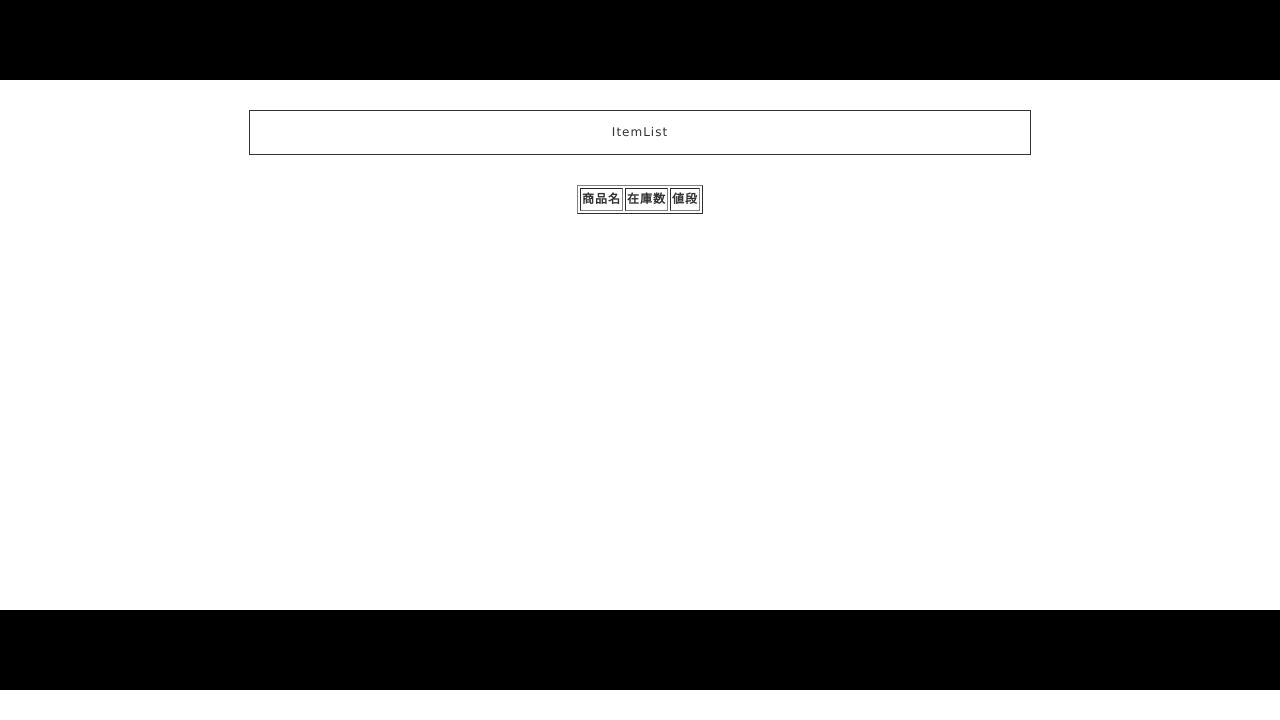
Repository: user-yo-yo/test
Page: http://localhost/ecsite/itemList.jsp
These files come from the project's save history. The page is drawn as it stood at one moment and after the next save; the edit follows.
The browser window is 1280 px wide. The pictures show the whole page.
The page is served by Tomcat 9.

Above is the page before, as saved 2019-03-14 06:35:17.

After the next save:
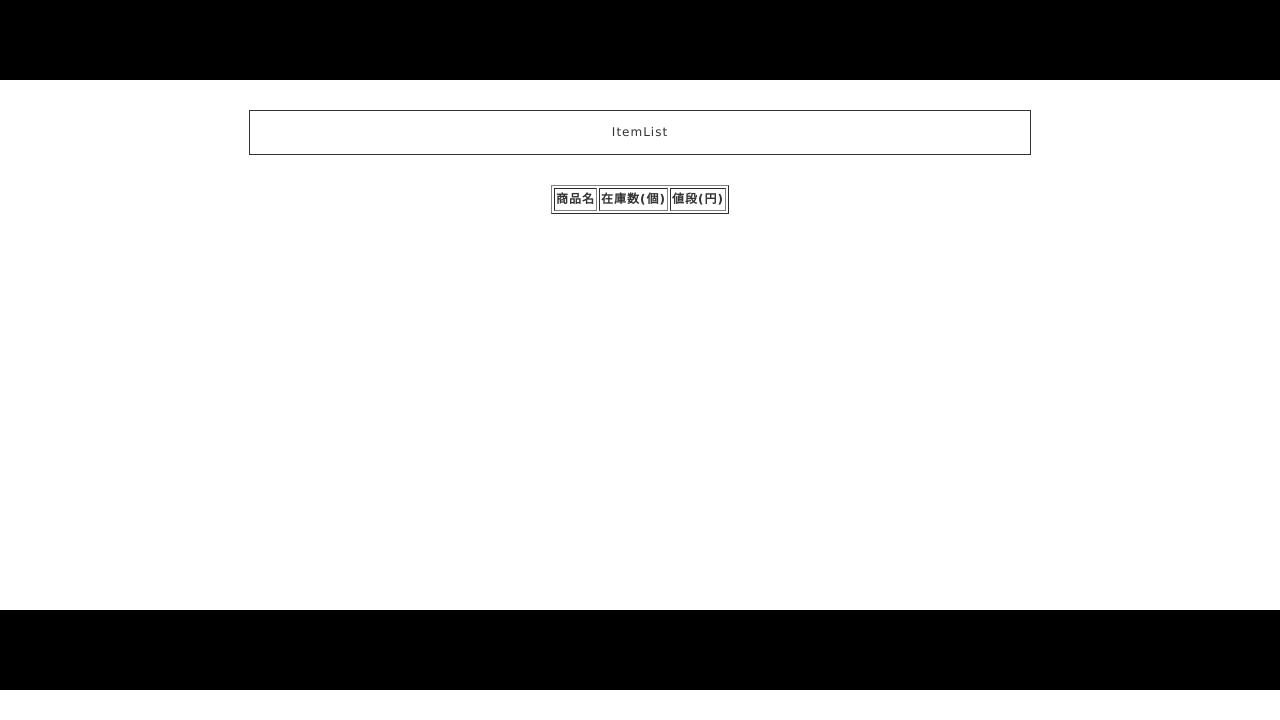
Saved 19 s later.
--- a/ecsite/WebContent/itemList.jsp
+++ b/ecsite/WebContent/itemList.jsp
@@ -78,8 +78,8 @@
 			<table border="1">
 				<tr>
 					<th>商品名</th>
-					<th>在庫数</th>
-					<th>値段</th>
+					<th>在庫数(個)</th>
+					<th>値段(円)</th>
 				</tr>
 				<s:iterator value="#session.itemListDTOList">
 					<tr>

After the 2 saves that followed:
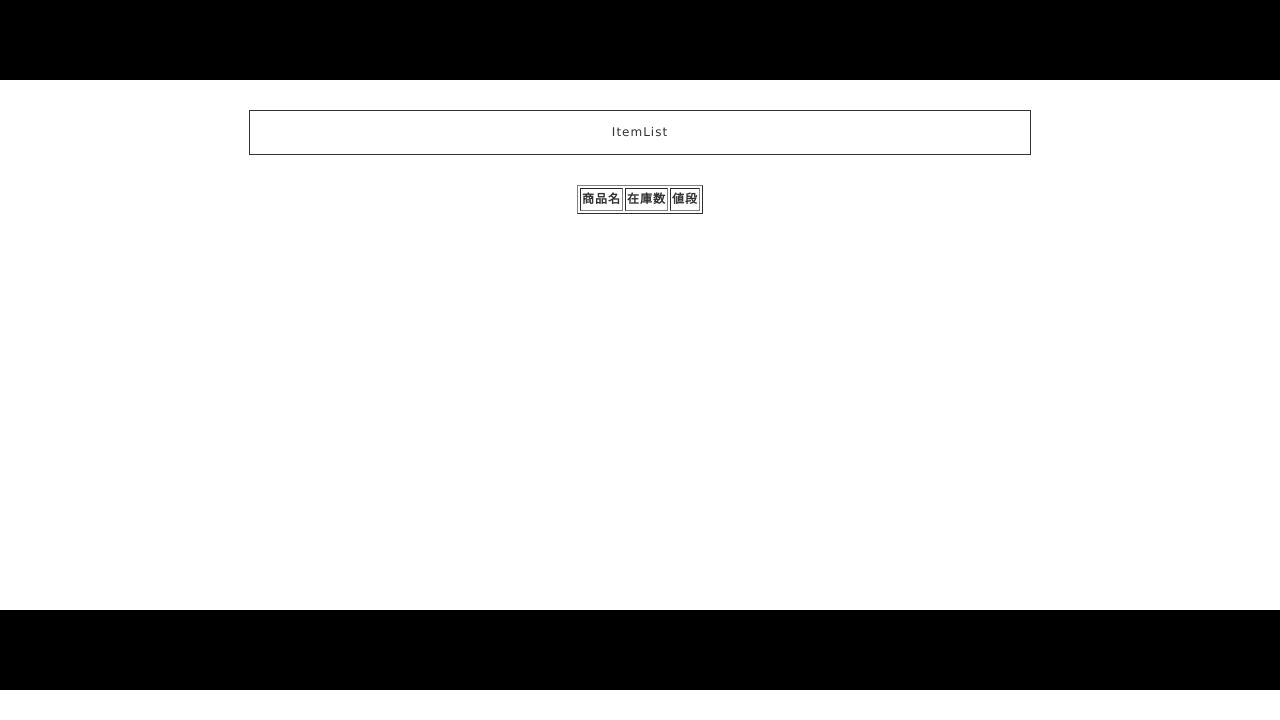
The 2 saves are shown as one change because 1 left the picture as it was.
The last was saved 25 s later.
--- a/ecsite/WebContent/itemList.jsp
+++ b/ecsite/WebContent/itemList.jsp
@@ -78,14 +78,14 @@
 			<table border="1">
 				<tr>
 					<th>商品名</th>
-					<th>在庫数(個)</th>
-					<th>値段(円)</th>
+					<th>在庫数</th>
+					<th>値段</th>
 				</tr>
 				<s:iterator value="#session.itemListDTOList">
 					<tr>
 						<td><s:property value="itemName"/></td>
-						<td><s:property value="itemStock"/></td>
-						<td><s:property value="itemPrice"/></td>
+						<td><s:property value="itemStock"/>個</td>
+						<td><s:property value="itemPrice"/>円</td>
 					</tr>
 				</s:iterator>
 			</table>
